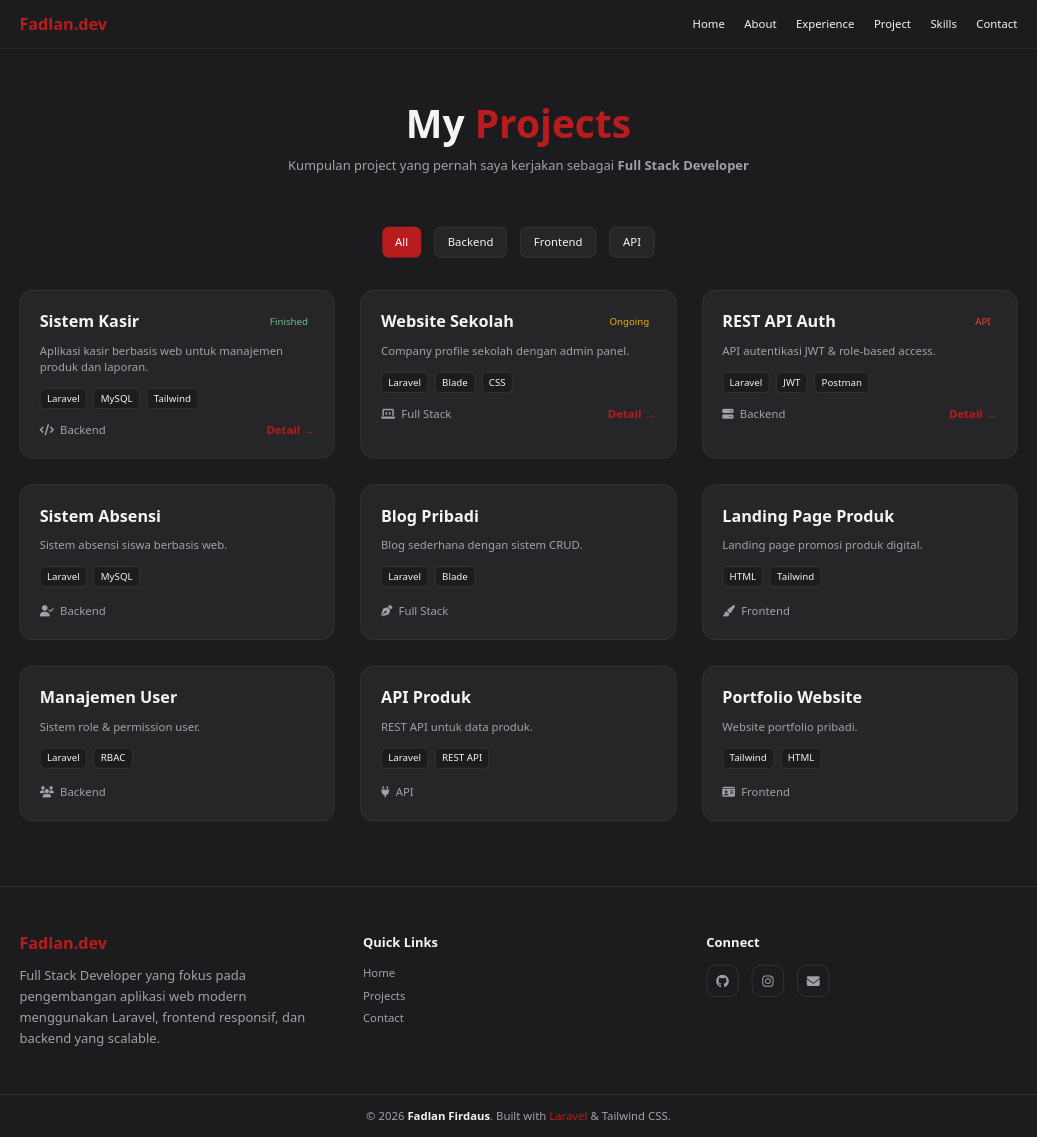
Repository: Fadlan079/Personal-Portfolio
Page: http://localhost/project
An editor plug-in stored every save of this project. The page is shown before and after the next save, followed by the edit.
The browser window is 1280 px wide. The pictures show the whole page, at 81% of full size.
Some web libraries are served in a nearby version. The page is served by the project's Laravel application, run on PHP 8.4 with Laravel 12. Other server files are loaded and not shown.

Above is the page before, as saved 2026-01-14 14:37:43.

### routes/web.php
<?php

use Illuminate\Support\Facades\Route;

// Route::get('/', function () {
//     return view('welcome');
// });

Route::get('/', function () {
    return view('portofolio');
});

Route::get('/project', function () {
    return view('project');
});

### resources/views/project.blade.php
<!DOCTYPE html>
<html lang="id">
<head>
  <meta charset="UTF-8" />
  <meta name="viewport" content="width=device-width, initial-scale=1.0" />
  <title>Projects | Fadlan</title>

  <!-- Tailwind -->
  <script src="https://cdn.tailwindcss.com"></script>

  <!-- Font Awesome -->
  <link rel="stylesheet" href="https://cdnjs.cloudflare.com/ajax/libs/font-awesome/6.5.1/css/all.min.css"/>

  <script>
    tailwind.config = {
      theme: {
        extend: {
          colors: {
            bg: 'var(--color-bg)',
            surface: 'var(--color-surface)',
            border: 'var(--color-border)',
            text: 'var(--color-text)',
            muted: 'var(--color-muted)',
            primary: 'var(--color-primary)',
            success: 'var(--color-success)',
            danger: 'var(--color-danger)',
            warning: 'var(--color-warning)',
          }
        }
      }
    }

  </script>

  <style>
    :root {
      --color-bg: #1c1c1e;
      --color-surface: #262629;
      --color-border: #3a3a3d;
      --color-text: #f4f4f5;
      --color-muted: #a1a1aa;
      --color-primary: #b91c1c;
      --color-success: #6fbf8f;
      --color-danger:  #ef4444;
      --color-warning: #eab308;
    }

    html {
      scroll-behavior: smooth;
    }
    .tag {
  padding: 0.25rem 0.5rem;
  background: var(--color-bg);
  border: 1px solid var(--color-border);
  border-radius: 0.375rem;
}

  </style>
</head>

<body class="bg-bg text-text">

<!-- Navbar -->
<nav class="fixed w-full bg-bg/80 backdrop-blur border-b border-border z-50">
  <div class="max-w-7xl mx-auto px-6 py-4 flex justify-between items-center">
    <h1 class="text-xl font-bold text-primary">Fadlan.dev</h1>
    <ul class="flex gap-6 text-sm">
      <li class="relative group">
        <a href="#home">Home</a>
        <span class="absolute left-0 -bottom-1 h-[2px] w-0 bg-primary transition-all group-hover:w-full"></span>
      </li>
      <li class="relative group">
        <a href="#about">About</a>
        <span class="absolute left-0 -bottom-1 h-[2px] w-0 bg-primary transition-all group-hover:w-full"></span>
      </li>
      <li class="relative group">
        <a href="#experience">Experience</a>
        <span class="absolute left-0 -bottom-1 h-[2px] w-0 bg-primary transition-all group-hover:w-full"></span>
      </li>
        <li class="relative group">
        <a href="#projects">Project</a>
        <span class="absolute left-0 -bottom-1 h-[2px] w-0 bg-primary transition-all group-hover:w-full"></span>
      </li>
      <li class="relative group">
        <a href="#skills">Skills</a>
        <span class="absolute left-0 -bottom-1 h-[2px] w-0 bg-primary transition-all group-hover:w-full"></span>
      </li>
      <li class="relative group">
        <a href="#contact">Contact</a>
        <span class="absolute left-0 -bottom-1 h-[2px] w-0 bg-primary transition-all group-hover:w-full"></span>
      </li>
    </ul>
  </div>
</nav>
<!-- Header -->
<header class="pt-32 pb-16 text-center">
  <h1 class="text-4xl md:text-5xl font-extrabold mb-4">
    My <span class="text-primary">Projects</span>
  </h1>
  <p class="text-muted max-w-2xl mx-auto">
    Kumpulan project yang pernah saya kerjakan sebagai
    <strong>Full Stack Developer</strong>
  </p>
</header>

<!-- Filter -->
<section class="pb-10">
  <div class="max-w-6xl mx-auto px-6 flex justify-center gap-4 flex-wrap">
    <button class="px-4 py-2 bg-primary text-white rounded-lg text-sm">All</button>
    <button class="px-4 py-2 bg-surface border border-border rounded-lg text-sm hover:text-primary">Backend</button>
    <button class="px-4 py-2 bg-surface border border-border rounded-lg text-sm hover:text-primary">Frontend</button>
    <button class="px-4 py-2 bg-surface border border-border rounded-lg text-sm hover:text-primary">API</button>
  </div>
</section>

<!-- Projects List -->
<section class="pb-20">
  <div class="max-w-7xl mx-auto px-6 grid md:grid-cols-3 gap-8">

    <!-- 1 -->
    <div class="bg-surface border border-border rounded-2xl p-6 hover:-translate-y-2 transition">
      <div class="flex justify-between items-center mb-3">
        <h3 class="text-xl font-semibold">Sistem Kasir</h3>
        <span class="text-xs px-2 py-1 rounded bg-success/20 text-success">Finished</span>
      </div>
      <p class="text-muted text-sm mb-4">
        Aplikasi kasir berbasis web untuk manajemen produk dan laporan.
      </p>
      <div class="flex flex-wrap gap-2 text-xs mb-4">
        <span class="tag">Laravel</span><span class="tag">MySQL</span><span class="tag">Tailwind</span>
      </div>
      <div class="flex justify-between text-sm">
        <span class="text-muted"><i class="fa-solid fa-code mr-1"></i> Backend</span>
        <a href="#" class="text-primary font-semibold hover:underline">Detail →</a>
      </div>
    </div>

    <!-- 2 -->
    <div class="bg-surface border border-border rounded-2xl p-6 hover:-translate-y-2 transition">
      <div class="flex justify-between items-center mb-3">
        <h3 class="text-xl font-semibold">Website Sekolah</h3>
        <span class="text-xs px-2 py-1 rounded bg-warning/20 text-warning">Ongoing</span>
      </div>
      <p class="text-muted text-sm mb-4">
        Company profile sekolah dengan admin panel.
      </p>
      <div class="flex flex-wrap gap-2 text-xs mb-4">
        <span class="tag">Laravel</span><span class="tag">Blade</span><span class="tag">CSS</span>
      </div>
      <div class="flex justify-between text-sm">
        <span class="text-muted"><i class="fa-solid fa-laptop-code mr-1"></i> Full Stack</span>
        <a href="#" class="text-primary font-semibold hover:underline">Detail →</a>
      </div>
    </div>

    <!-- 3 -->
    <div class="bg-surface border border-border rounded-2xl p-6 hover:-translate-y-2 transition">
      <div class="flex justify-between items-center mb-3">
        <h3 class="text-xl font-semibold">REST API Auth</h3>
        <span class="text-xs px-2 py-1 rounded bg-danger/20 text-danger">API</span>
      </div>
      <p class="text-muted text-sm mb-4">
        API autentikasi JWT & role-based access.
      </p>
      <div class="flex flex-wrap gap-2 text-xs mb-4">
        <span class="tag">Laravel</span><span class="tag">JWT</span><span class="tag">Postman</span>
      </div>
      <div class="flex justify-between text-sm">
        <span class="text-muted"><i class="fa-solid fa-server mr-1"></i> Backend</span>
        <a href="#" class="text-primary font-semibold hover:underline">Detail →</a>
      </div>
    </div>

    <!-- 4 -->
    <div class="bg-surface border border-border rounded-2xl p-6 hover:-translate-y-2 transition">
      <h3 class="text-xl font-semibold mb-3">Sistem Absensi</h3>
      <p class="text-muted text-sm mb-4">
        Sistem absensi siswa berbasis web.
      </p>
      <div class="flex flex-wrap gap-2 text-xs mb-4">
        <span class="tag">Laravel</span><span class="tag">MySQL</span>
      </div>
      <span class="text-muted text-sm"><i class="fa-solid fa-user-check mr-1"></i> Backend</span>
    </div>

    <!-- 5 -->
    <div class="bg-surface border border-border rounded-2xl p-6 hover:-translate-y-2 transition">
      <h3 class="text-xl font-semibold mb-3">Blog Pribadi</h3>
      <p class="text-muted text-sm mb-4">
        Blog sederhana dengan sistem CRUD.
      </p>
      <div class="flex flex-wrap gap-2 text-xs mb-4">
        <span class="tag">Laravel</span><span class="tag">Blade</span>
      </div>
      <span class="text-muted text-sm"><i class="fa-solid fa-pen-nib mr-1"></i> Full Stack</span>
    </div>

    <!-- 6 -->
    <div class="bg-surface border border-border rounded-2xl p-6 hover:-translate-y-2 transition">
      <h3 class="text-xl font-semibold mb-3">Landing Page Produk</h3>
      <p class="text-muted text-sm mb-4">
        Landing page promosi produk digital.
      </p>
      <div class="flex flex-wrap gap-2 text-xs mb-4">
        <span class="tag">HTML</span><span class="tag">Tailwind</span>
      </div>
      <span class="text-muted text-sm"><i class="fa-solid fa-paintbrush mr-1"></i> Frontend</span>
    </div>

    <!-- 7 -->
    <div class="bg-surface border border-border rounded-2xl p-6 hover:-translate-y-2 transition">
      <h3 class="text-xl font-semibold mb-3">Manajemen User</h3>
      <p class="text-muted text-sm mb-4">
        Sistem role & permission user.
      </p>
      <div class="flex flex-wrap gap-2 text-xs mb-4">
        <span class="tag">Laravel</span><span class="tag">RBAC</span>
      </div>
      <span class="text-muted text-sm"><i class="fa-solid fa-users mr-1"></i> Backend</span>
    </div>

    <!-- 8 -->
    <div class="bg-surface border border-border rounded-2xl p-6 hover:-translate-y-2 transition">
      <h3 class="text-xl font-semibold mb-3">API Produk</h3>
      <p class="text-muted text-sm mb-4">
        REST API untuk data produk.
      </p>
      <div class="flex flex-wrap gap-2 text-xs mb-4">
        <span class="tag">Laravel</span><span class="tag">REST API</span>
      </div>
      <span class="text-muted text-sm"><i class="fa-solid fa-plug mr-1"></i> API</span>
    </div>

    <!-- 9 -->
    <div class="bg-surface border border-border rounded-2xl p-6 hover:-translate-y-2 transition">
      <h3 class="text-xl font-semibold mb-3">Portfolio Website</h3>
      <p class="text-muted text-sm mb-4">
        Website portfolio pribadi.
      </p>
      <div class="flex flex-wrap gap-2 text-xs mb-4">
        <span class="tag">Tailwind</span><span class="tag">HTML</span>
      </div>
      <span class="text-muted text-sm"><i class="fa-solid fa-id-card mr-1"></i> Frontend</span>
    </div>

  </div>
</section>


<!-- Footer -->
<footer class="relative border-t border-border bg-bg">
  <!-- Glow -->
  <div class="absolute inset-0 -z-10">
    <div class="absolute bottom-0 left-1/2 -translate-x-1/2
                w-[400px] h-[400px]
                bg-primary/20 blur-[120px] rounded-full"></div>
  </div>

  <div class="max-w-7xl mx-auto px-6 py-14 grid gap-10 md:grid-cols-3">

    <!-- Brand -->
    <div>
      <h3 class="text-xl font-bold text-primary mb-3">Fadlan.dev</h3>
      <p class="text-muted leading-relaxed">
        Full Stack Developer yang fokus pada pengembangan
        aplikasi web modern menggunakan Laravel,
        frontend responsif, dan backend yang scalable.
      </p>
    </div>

    <!-- Quick Links -->
    <div>
      <h4 class="font-semibold mb-4 text-text">Quick Links</h4>
      <ul class="space-y-2 text-muted text-sm">
        <li>
          <a href="#home" class="hover:text-primary transition">Home</a>
        </li>
        <li>
          <a href="#projects" class="hover:text-primary transition">Projects</a>
        </li>
        <li>
          <a href="#contact" class="hover:text-primary transition">Contact</a>
        </li>
      </ul>
    </div>

    <!-- Social -->
    <div>
      <h4 class="font-semibold mb-4 text-text">Connect</h4>
      <div class="flex gap-4">
        <a href="https://github.com/Fadlan079" target="_blank"
           class="w-10 h-10 rounded-xl border border-border
                  flex items-center justify-center
                  text-muted hover:text-primary hover:border-primary
                  transition">
          <i class="fa-brands fa-github"></i>
        </a>
        <a href="https://instagram.com/fdln007" target="_blank"
           class="w-10 h-10 rounded-xl border border-border
                  flex items-center justify-center
                  text-muted hover:text-primary hover:border-primary
                  transition">
          <i class="fa-brands fa-instagram"></i>
        </a>
        <a href="mailto:fadlanfirdaus220@gmail.com"
           class="w-10 h-10 rounded-xl border border-border
                  flex items-center justify-center
                  text-muted hover:text-primary hover:border-primary
                  transition">
          <i class="fa-solid fa-envelope"></i>
        </a>
      </div>
    </div>

  </div>

  <!-- Bottom -->
  <div class="border-t border-border text-center py-4 text-muted text-sm">
    © 2026 <span class="text-text font-semibold">Fadlan Firdaus</span>.
    Built with <span class="text-primary">Laravel</span> & Tailwind CSS.
  </div>
</footer>
</body>
</html>

After the next save:
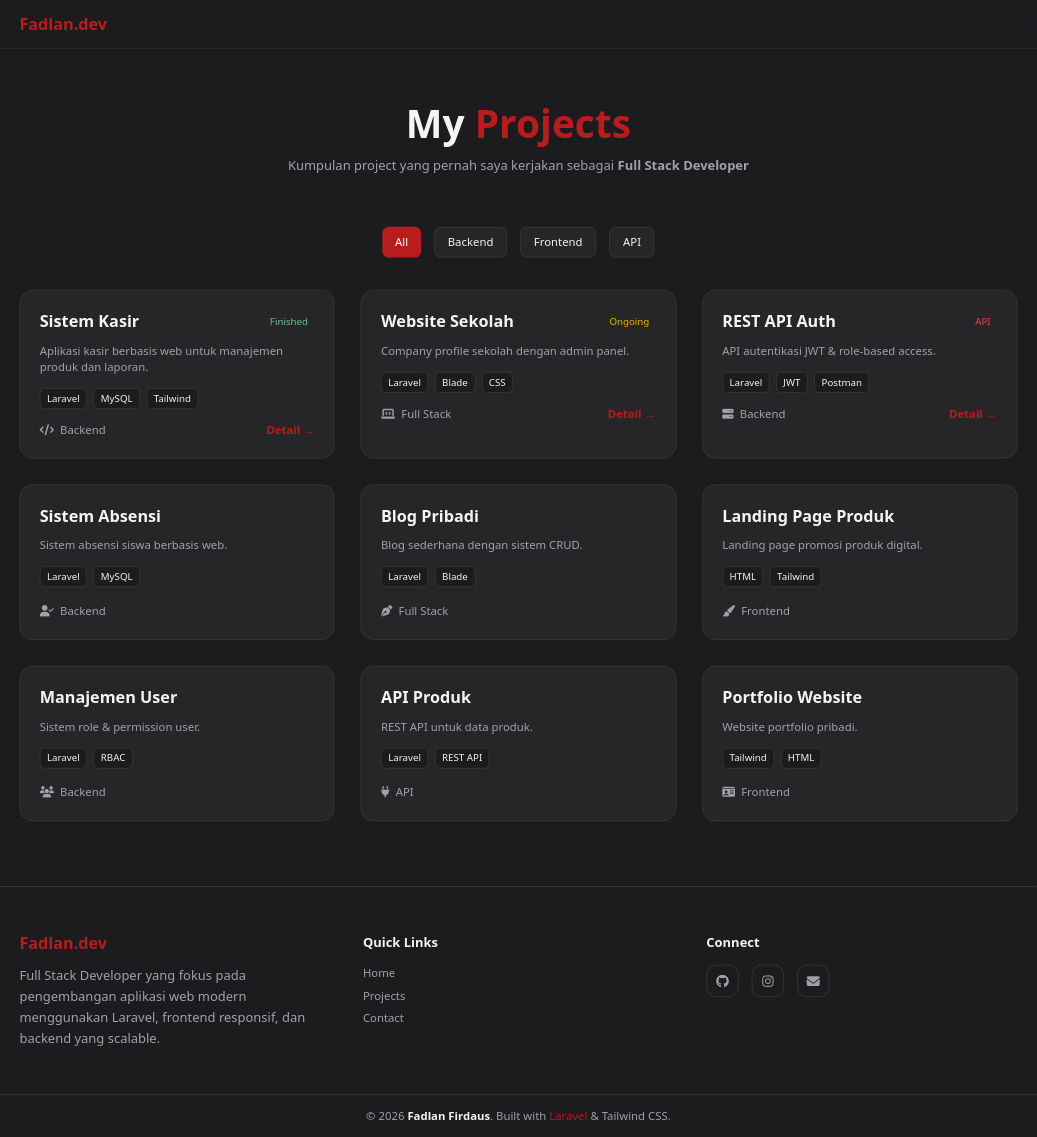
Saved 35 s later.
--- a/resources/views/project.blade.php
+++ b/resources/views/project.blade.php
@@ -64,32 +64,7 @@
 <nav class="fixed w-full bg-bg/80 backdrop-blur border-b border-border z-50">
   <div class="max-w-7xl mx-auto px-6 py-4 flex justify-between items-center">
     <h1 class="text-xl font-bold text-primary">Fadlan.dev</h1>
-    <ul class="flex gap-6 text-sm">
-      <li class="relative group">
-        <a href="#home">Home</a>
-        <span class="absolute left-0 -bottom-1 h-[2px] w-0 bg-primary transition-all group-hover:w-full"></span>
-      </li>
-      <li class="relative group">
-        <a href="#about">About</a>
-        <span class="absolute left-0 -bottom-1 h-[2px] w-0 bg-primary transition-all group-hover:w-full"></span>
-      </li>
-      <li class="relative group">
-        <a href="#experience">Experience</a>
-        <span class="absolute left-0 -bottom-1 h-[2px] w-0 bg-primary transition-all group-hover:w-full"></span>
-      </li>
-        <li class="relative group">
-        <a href="#projects">Project</a>
-        <span class="absolute left-0 -bottom-1 h-[2px] w-0 bg-primary transition-all group-hover:w-full"></span>
-      </li>
-      <li class="relative group">
-        <a href="#skills">Skills</a>
-        <span class="absolute left-0 -bottom-1 h-[2px] w-0 bg-primary transition-all group-hover:w-full"></span>
-      </li>
-      <li class="relative group">
-        <a href="#contact">Contact</a>
-        <span class="absolute left-0 -bottom-1 h-[2px] w-0 bg-primary transition-all group-hover:w-full"></span>
-      </li>
-    </ul>
+
   </div>
 </nav>
 <!-- Header -->

After the save that followed:
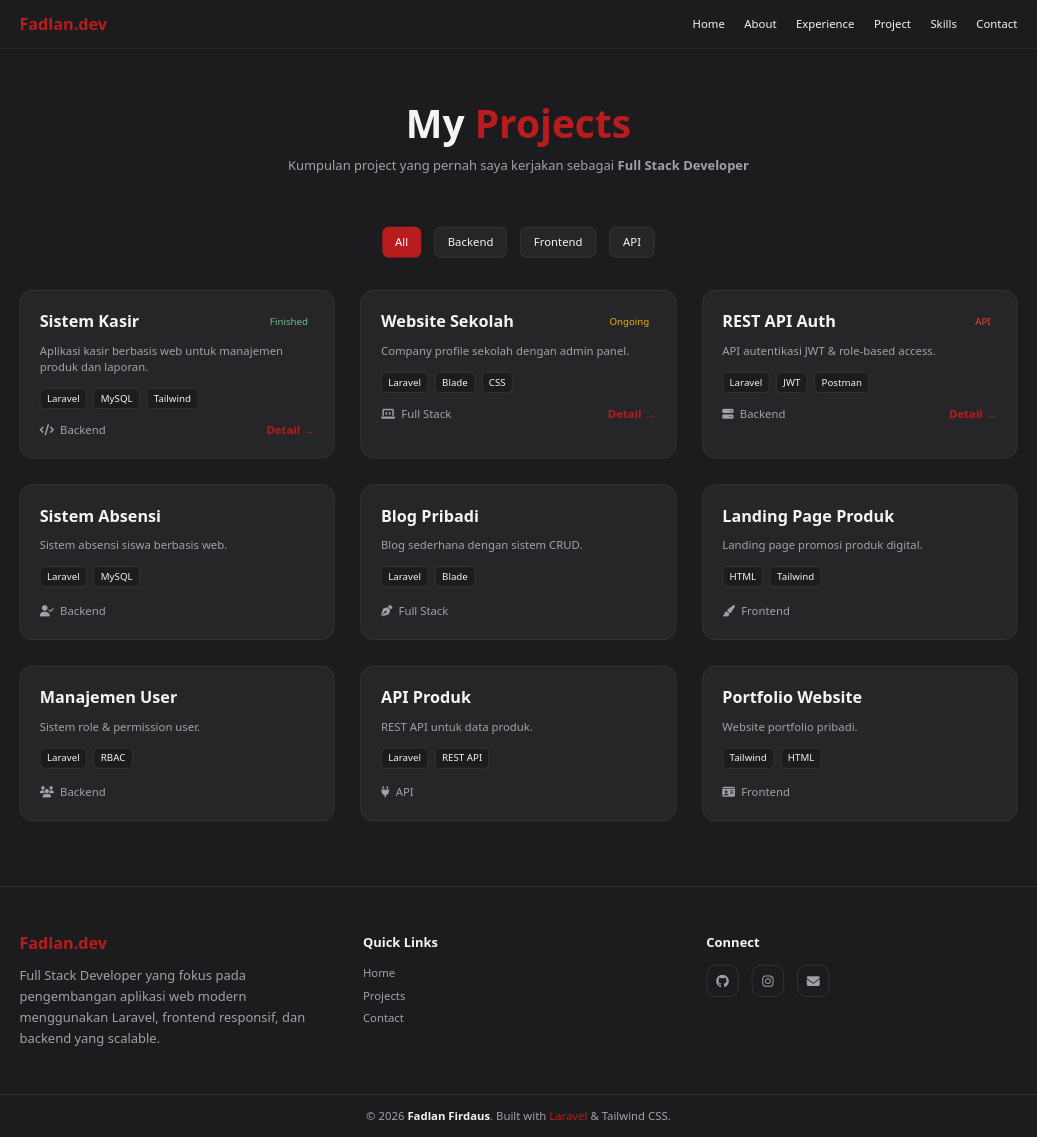
Saved 112 s later.
--- a/resources/views/project.blade.php
+++ b/resources/views/project.blade.php
@@ -64,7 +64,32 @@
 <nav class="fixed w-full bg-bg/80 backdrop-blur border-b border-border z-50">
   <div class="max-w-7xl mx-auto px-6 py-4 flex justify-between items-center">
     <h1 class="text-xl font-bold text-primary">Fadlan.dev</h1>
-
+    <ul class="flex gap-6 text-sm">
+      <li class="relative group">
+        <a href="#home">Home</a>
+        <span class="absolute left-0 -bottom-1 h-[2px] w-0 bg-primary transition-all group-hover:w-full"></span>
+      </li>
+      <li class="relative group">
+        <a href="#about">About</a>
+        <span class="absolute left-0 -bottom-1 h-[2px] w-0 bg-primary transition-all group-hover:w-full"></span>
+      </li>
+      <li class="relative group">
+        <a href="#experience">Experience</a>
+        <span class="absolute left-0 -bottom-1 h-[2px] w-0 bg-primary transition-all group-hover:w-full"></span>
+      </li>
+        <li class="relative group">
+        <a href="#projects">Project</a>
+        <span class="absolute left-0 -bottom-1 h-[2px] w-0 bg-primary transition-all group-hover:w-full"></span>
+      </li>
+      <li class="relative group">
+        <a href="#skills">Skills</a>
+        <span class="absolute left-0 -bottom-1 h-[2px] w-0 bg-primary transition-all group-hover:w-full"></span>
+      </li>
+      <li class="relative group">
+        <a href="#contact">Contact</a>
+        <span class="absolute left-0 -bottom-1 h-[2px] w-0 bg-primary transition-all group-hover:w-full"></span>
+      </li>
+    </ul>
   </div>
 </nav>
 <!-- Header -->
